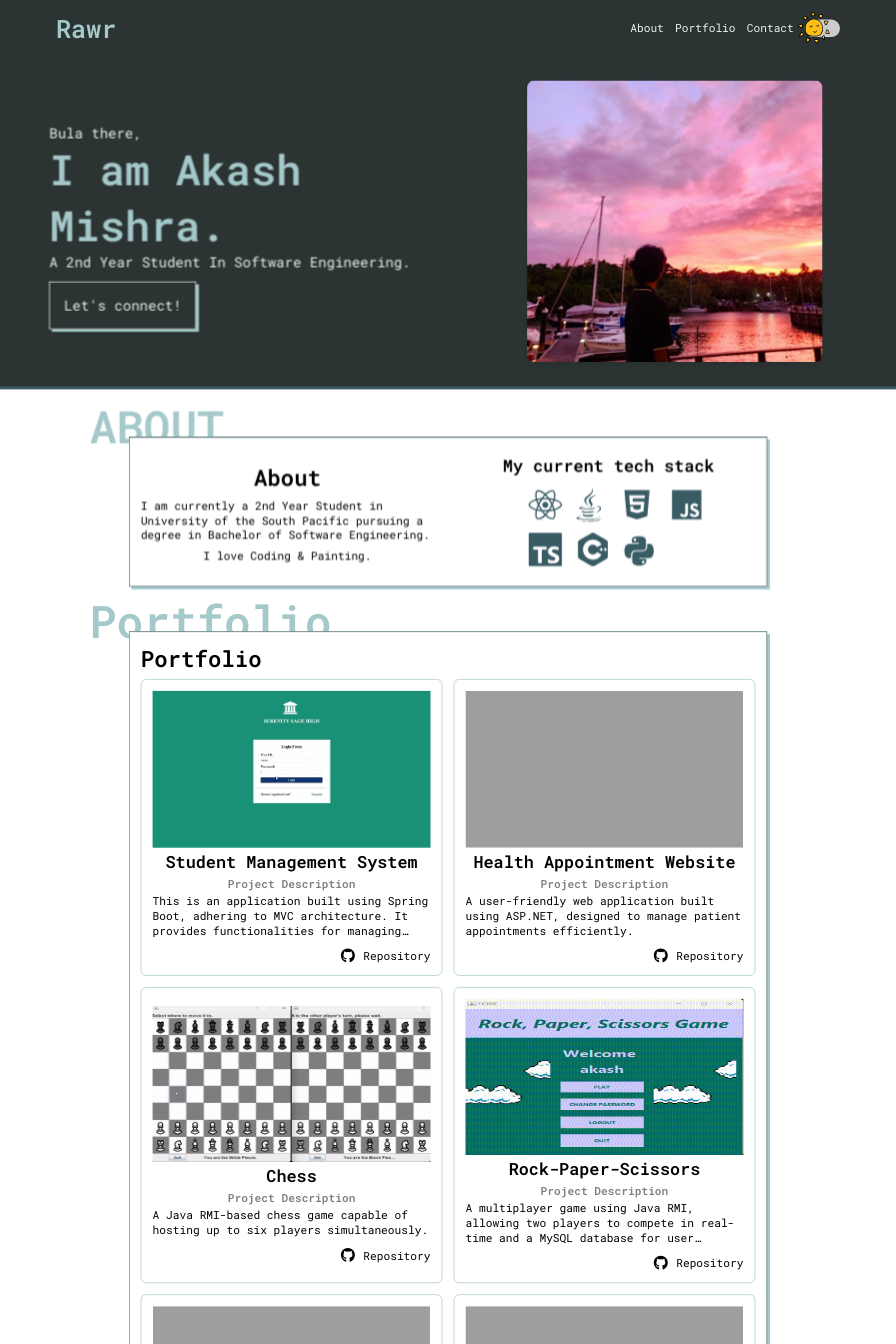
Repository: akashrawr/portfolio
Page: /
These files come from the project's save history. The page is drawn as it stood at one moment and after the next save; the edit follows.
The browser window is 1280 px wide. The pictures show the part of the page from y = 0 to 1920 px (the page is 3217 px tall), at 70% of full size.
Pictures or frames that could not be fetched are drawn as grey boxes. The project was rebuilt for these pictures with package versions that can differ from the ones it lists, and the page was loaded fresh each time.

Above is the page before, as saved 2024-12-12 12:18:50.

After the next save:
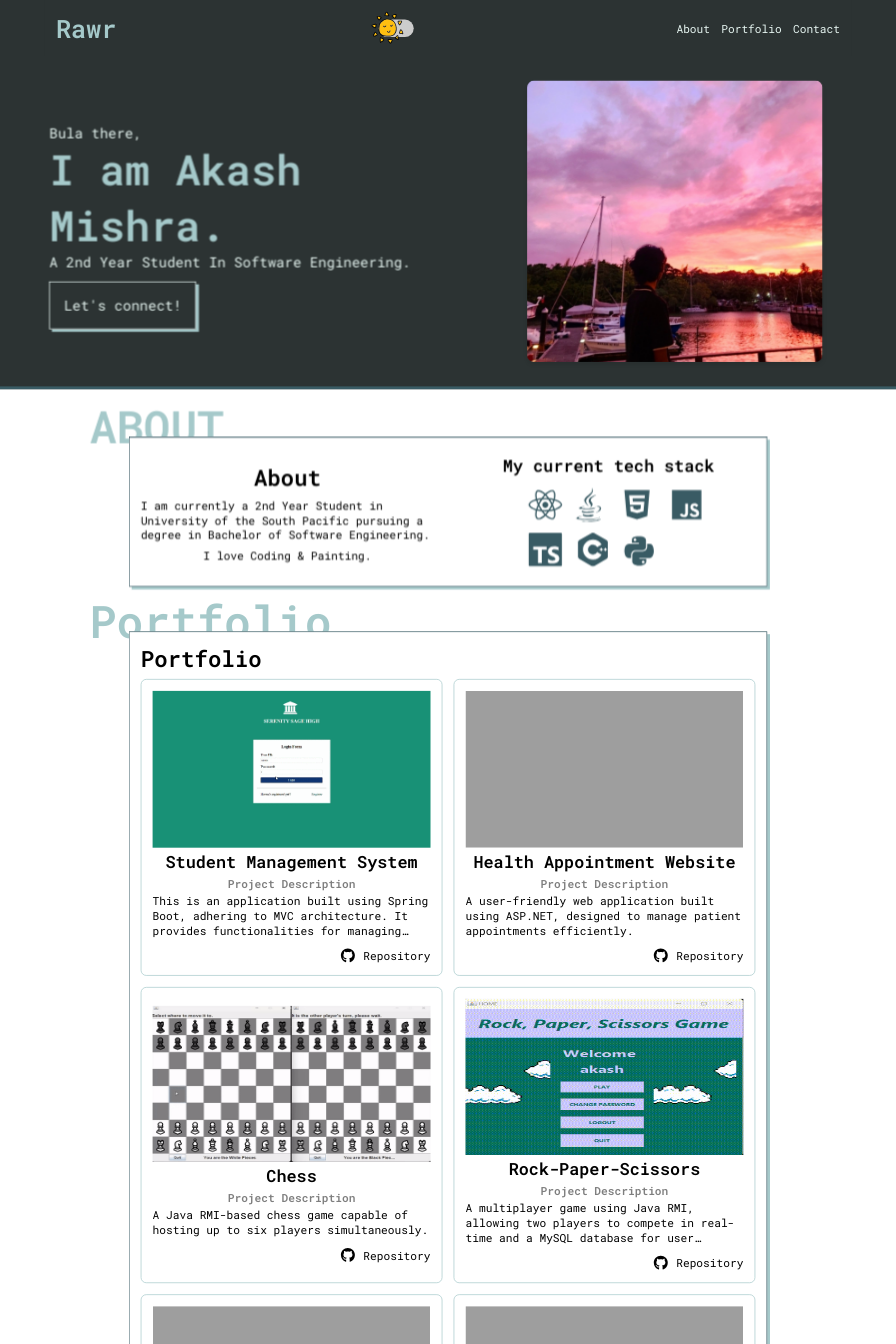
Saved 16 s later.
--- a/src/App.js
+++ b/src/App.js
@@ -47,6 +47,24 @@
         <div className="nav-logo">
           <h1>Rawr</h1>
         </div>
+
+        <label className="switch" aria-label="Toggle dark mode">
+          <input
+            type="checkbox"
+            checked={darkMode}
+            onChange={toggleDarkMode}
+            aria-checked={darkMode}
+          />
+          <span className="slider round">
+            {/* Display sun icon when darkMode is false (light mode) */}
+            {!darkMode ? (
+              <img className="icon" src="./assets/icons/sun.svg" alt="Light Mode" />
+            ) : (
+              // Display moon icon when darkMode is true (dark mode)
+              <img className="icon" src="./assets/icons/moon.svg" alt="Dark Mode" />
+            )}
+          </span>
+        </label>
 
         <button
           className="mobile-nav-toggle"
@@ -69,30 +87,12 @@
           <li>
             <a className="nav-link" href="#contact">Contact</a>
           </li>
-          <li>
-            <label className="switch" aria-label="Toggle dark mode">
-            <input
-              type="checkbox"
-              checked={darkMode}
-              onChange={toggleDarkMode}
-              aria-checked={darkMode}
-            />
-            <span className="slider round">
-              {/* Display sun icon when darkMode is false (light mode) */}
-              {!darkMode ? (
-                <img className="icon" src="./assets/icons/sun.svg" alt="Light Mode" />
-              ) : (
-                // Display moon icon when darkMode is true (dark mode)
-                <img className="icon" src="./assets/icons/moon.svg" alt="Dark Mode" />
-              )}
-            </span>
-          </label>
-          </li>
         </ul>
       </nav>
     </header>
   );
 }
+
 
 function Main() {
   return (

After the save that followed:
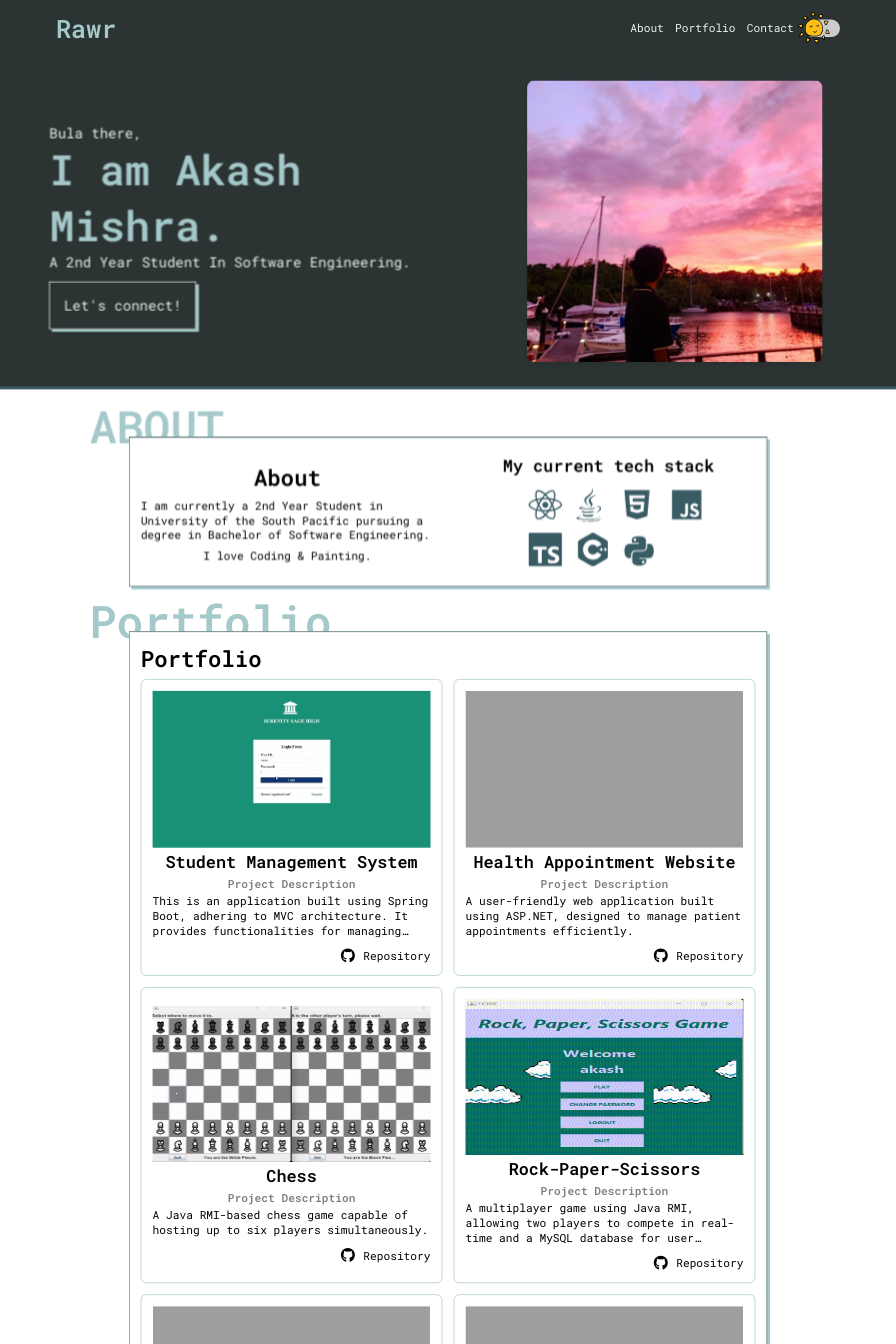
Saved 19 s later.
--- a/src/App.js
+++ b/src/App.js
@@ -47,24 +47,6 @@
         <div className="nav-logo">
           <h1>Rawr</h1>
         </div>
-
-        <label className="switch" aria-label="Toggle dark mode">
-          <input
-            type="checkbox"
-            checked={darkMode}
-            onChange={toggleDarkMode}
-            aria-checked={darkMode}
-          />
-          <span className="slider round">
-            {/* Display sun icon when darkMode is false (light mode) */}
-            {!darkMode ? (
-              <img className="icon" src="./assets/icons/sun.svg" alt="Light Mode" />
-            ) : (
-              // Display moon icon when darkMode is true (dark mode)
-              <img className="icon" src="./assets/icons/moon.svg" alt="Dark Mode" />
-            )}
-          </span>
-        </label>
 
         <button
           className="mobile-nav-toggle"
@@ -87,12 +69,30 @@
           <li>
             <a className="nav-link" href="#contact">Contact</a>
           </li>
+          <li>
+            <label className="switch" aria-label="Toggle dark mode">
+            <input
+              type="checkbox"
+              checked={darkMode}
+              onChange={toggleDarkMode}
+              aria-checked={darkMode}
+            />
+            <span className="slider round">
+              {/* Display sun icon when darkMode is false (light mode) */}
+              {!darkMode ? (
+                <img className="icon" src="./assets/icons/sun.svg" alt="Light Mode" />
+              ) : (
+                // Display moon icon when darkMode is true (dark mode)
+                <img className="icon" src="./assets/icons/moon.svg" alt="Dark Mode" />
+              )}
+            </span>
+          </label>
+          </li>
         </ul>
       </nav>
     </header>
   );
 }
-
 
 function Main() {
   return (
